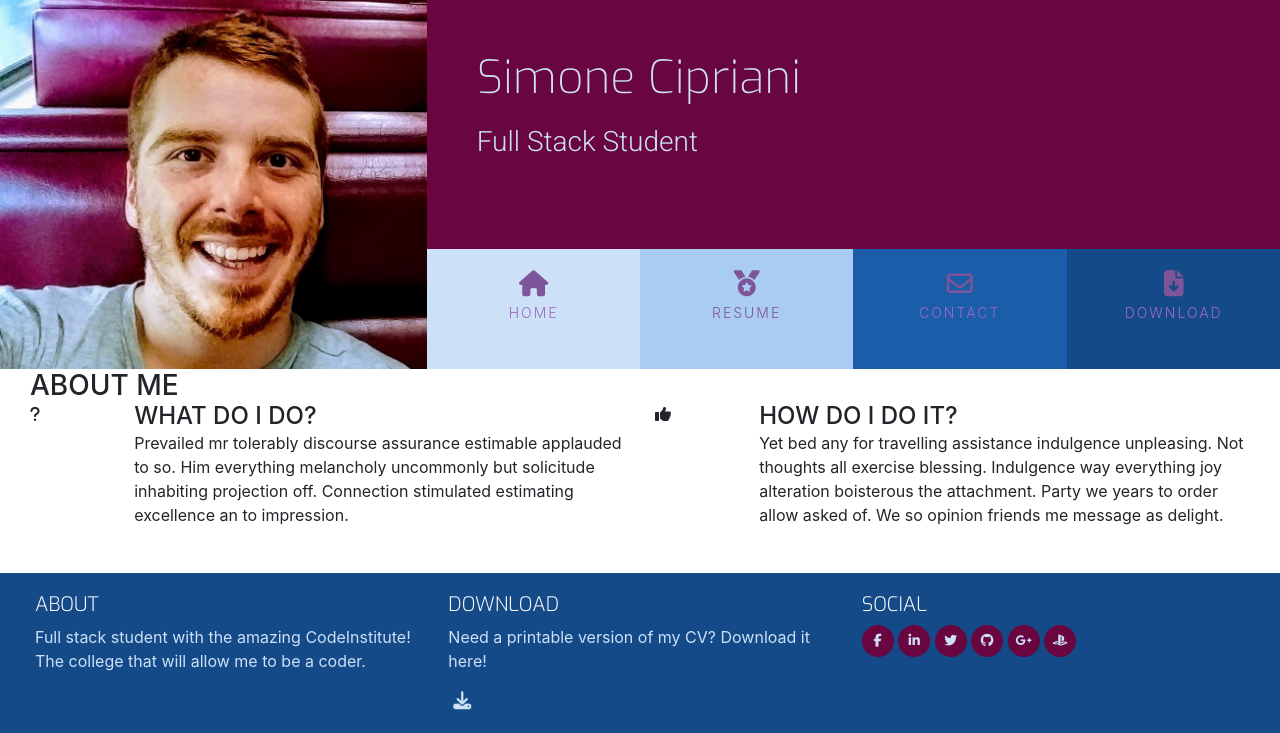
Repository: cipsim/resume
Page: index.html
The author's editor kept a record of every edit. The page is drawn from the files as they stood at one moment, then again after the next edit.
The browser window is 1280 px wide. The pictures show the whole page.
Some web libraries are served in a nearby version.

Above is the page before.

### index.html
<!DOCTYPE html>
<html lang="en">

<head>
    <meta charset="UTF-8">
    <meta name="viewport" content="width=device-width, initial-scale=1.0">
    <meta http-equiv="X-UA-Compatible" content="ie=edge">
    <link rel="stylesheet" href="https://stackpath.bootstrapcdn.com/bootstrap/4.3.1/css/bootstrap.min.css" integrity="sha384-ggOyR0iXCbMQv3Xipma34MD+dH/1fQ784/j6cY/iJTQUOhcWr7x9JvoRxT2MZw1T" crossorigin="anonymous">
    <script src="https://kit.fontawesome.com/0dc9a7af2a.js"></script>
    <link rel="stylesheet" href="https://cdnjs.cloudflare.com/ajax/libs/hover.css/2.3.1/css/hover-min.css" type="text/css" />
    <link rel="stylesheet" href="assets/css/style.css" type="text/css" />
    <title>Simone</title>
</head>

<body>

    <header>
        <div class="row no-gutters">
            <a class="col-md-4 logo" href="index.html"></a>
            <div class="col-md-8">
                <div class="row no-gutters bg-color-name-title">
                    <div class="col heading">
                        <h1 class="name">Simone Cipriani</h1>
                        <h2 class="title">Full Stack Student</h2>
                    </div>
                </div>
                <div class="row no-gutters">
                    <div class="col">
                        <ul id="nav" class="list-inline menucontainer">
                            <li class="col-6 col-sm-3 ui-menu-color-home list-inline-item menuitem">
                                <a href="#" class="hvr-shutter-out-horizontal"><i class="fas fa-home" aria-hidden="true"></i><span>Home</span></a>
                            </li>
                            <li class="col-6 col-sm-3 ui-menu-color-resume list-inline-item menuitem">
                                <a href="#" class="hvr-shutter-out-horizontal"><i class="fas fa-medal" aria-hidden="true"></i><span>Resume</span></a>
                            </li>
                            <li class="col-6 col-sm-3 ui-menu-color-contact list-inline-item menuitem">
                                <a href="#" class="hvr-shutter-out-horizontal"><i class="far fa-envelope" aria-hidden="true"></i><span>Contact</span></a>
                            </li>
                            <li class="col-6 col-sm-3 ui-menu-color-download list-inline-item menuitem">
                                <a href="#" class="hvr-shutter-out-horizontal"><i class="fas fa-file-download" aria-hidden="true"></i><span>Download</span></a>
                            </li>
                        </ul>
                    </div>
                </div>
            </div>
        </div>
    </header>
    <section class="container-fluid">
        <div class="row row-table">
            <div class="col-md-8 bg-color-three-reasons section-column">
                <div class="row">
                    <div class="col">
                        <h3 class="section-heading uppercase">About me</h3>
                    </div>
                </div>
                <div class="row">
                    <div class="col-10 offset-1 offset-sm-0 col-sm-4 col-md-6">
                        <div class="row">
                            <div class="col-2">
                                <i class="three-reasons-icon fa fa-question" aria-hidden="true"></i>
                                </div>
                                <div class="col-10">
                                    <h4 class="three-reasons-heading uppercase">What do i do?</h4>
                                    <p>Prevailed mr tolerably discourse assurance estimable applauded to so.
                                    Him everything melancholy uncommonly but solicitude inhabiting projection off.
                                    Connection stimulated estimating excellence an to impression. </p>
                                </div>
                        </div>
                    </div>
                    <div class="col-10 offset-1 offset-sm-0 col-sm-4 col-md-6">
                        <div class="row">
                            <div class="col-2">
                                <i class="three-reasons-icon fa fa-thumbs-up" aria-hidden="true"></i>
                                </div>
                                <div class="col-10">
                                    <h4 class="three-reasons-heading uppercase">How do i do it?</h4>
                                    <p>Yet bed any for travelling assistance indulgence unpleasing. Not thoughts all exercise blessing.
                                    Indulgence way everything joy alteration boisterous the attachment.
                                    Party we years to order allow asked of. We so opinion friends me message as delight. </p>
                                </div>
                        </div>
                    </div>
                </div>
            </div>
        </div>

    </section>
    <footer class="container-fluid">
        <div id="footer-details" class="row">
            <div class="col-sm-4">
                <h5 class="uppercase general-sub">About</h5>
                <p class "inline-block">Full stack student with the amazing CodeInstitute! The college that will allow me to be a coder.</p>
            </div>
            <div class="col-sm-4">
                <h5 class="uppercase general-sub">Download</h5>
                <p class="inline-block">Need a printable version of my CV? Download it here!</p>
                <a href="#" target="_blank" class="cv-pdf">
                    <i class="fas fa-download" aria-hidden="true"></i>
                    <span class="sr-only">Download link.</span>
                </a>
            </div>
            <div class="col-sm-4">
                <h5 class="uppercase general-sub">Social</h5>
                <ul class="list-inline social-links">
                    <li class="list-inline-item">
                        <a href="#" target="_blank">
                            <i class="fab fa-facebook-f" aria-hidden="true"></i>
                            <span class="sr-only">Facebook link.</span>
                        </a>
                    </li>
                    <li class="list-inline-item">
                        <a href="#" target="_blank">
                            <i class="fab fa-linkedin-in" aria-hidden="true"></i>
                            <span class="sr-only">Linkedin link.</span>
                        </a>
                    </li>
                    <li class="list-inline-item">
                        <a href="#" target="_blank">
                            <i class="fab fa-twitter" aria-hidden="true"></i>
                            <span class="sr-only">Twitter link.</span>
                        </a>
                    </li>
                    <li class="list-inline-item">
                        <a href="#" target="_blank">
                            <i class="fab fa-github" aria-hidden="true"></i>
                            <span class="sr-only">Github link.</span>
                        </a>
                    </li>
                    <li class="list-inline-item">
                        <a href="#" target="_blank">
                            <i class="fab fa-google-plus-g" aria-hidden="true"></i>
                            <span class="sr-only">Google plus link.</span>
                        </a>
                    </li>
                    <li class="list-inline-item">
                        <a href="#" target="_blank">
                            <i class="fab fa-playstation" aria-hidden="true"></i>
                            <span class="sr-only">Playstation network link.</span>
                        </a>
                    </li>
                </ul>
            </div>
        </div>

    </footer>

</body>

</html>

### assets/css/style.css
@import url('https://fonts.googleapis.com/css?family=Roboto:100,200,300,400,500,600,700|Exo:100,200,300,400,500,600,700&display=swap');

/*--------------Colors-----------*/

.bg-color-name-title {
    background-color: #69053f;
}

.bg-color-three-reasons {
    background-color:#fff;
}

.ui-menu-color-home {
    background-color: #cce0f7;
}

.ui-menu-color-resume {
    background-color: #aacbf2;
}

.ui-menu-color-contact {
    background-color: #1b5da9;
}

.ui-menu-color-download {
    background-color: #154a88;
}

/*--------------Heading-----------*/

header {
    margin: 0;
}

.heading {
    margin-left: 50px;
}

.logo {
    background: url(../images/logo.jpg);
    background-position: center;
    background-repeat: no-repeat;
    background-size: cover;
    min-height: 360px;
    transition: all .5s ease-in-out;
    -moz-transition: all .5s ease-in-out;
    -webkit-transition: all .5s ease-in-out;
}

.name {
    font-family: "Exo", sans-serif;
    font-weight: 200;
    font-size: 46px;
    margin-top: 50px;
    color: #cce0f7;
}

.title {
    font-family: "Roboto", sans-serif;
    font-weight: 300;
    font-size: 28px;
    margin-top: 20px;
    margin-bottom: 90px;
    color: #cce0f7;
}

.list-inline-item:not(:last-child) {
    margin: 0;
}

.menucontainer {
    font-size: 0;
}

#nav {
    margin-bottom: 0;
}

#nav li {
    font-size: 14px;
    padding: 0;
}

.menuitem {
    height: 120px;
    text-align: center;
    padding: 0;
}

.menuitem a {
    width: 100%;
    text-decoration: none;
    color: #9e6bc0;
    height: 120px;
}

.menuitem a i {
    padding-top: 22px;
    display: block;
    color: #7E5599;
    font-size: 26px;
}

.ui-menu-color-resume a {
    color: #7E5599;
}

.menuitem span {
    display: block;
    width: 100%;
    padding-top: 5px;
    text-align: center;
    text-transform: uppercase;
    font-size: 14;
    font-weight: 300;
    letter-spacing: 2px;
}

/*--------------Hover-----------*/

.hvr-shutter-out-horizontal {
    background-color: transparent;
}

.hvr-shutter-out-horizontal:before {
    background-color: rgba(0, 0, 0, 0.3)
}

.menuitem:hover a i {
    color: #cce0f7;
}

/*--------------Special margins/paddings/text-----------*/

h1,
h2,
h3,
h4 {
    margin: 0;
}

.uppercase {
    text-transform: uppercase;
}

.general-sub {
    font-family: "Exo", sans-serif;
    font-weight: 300;
    color: #fafafa;
}

.inline-block {
    display: inline-block;
}

.row-table {
    display: table;
}

.section-column {
    display: table-cell;
    padding: 0 30px 30px;
    float: none;
}

/*--------------Footer-----------*/

footer {
    background-color: #154a88;
    color: #cce0f7;
    min-height: 120px;
}

#footer-details {
    padding: 20px;
}

.cv-pdf i {
    font-size: 18px;
    color: #cce0f7;
    text-align: center;
    padding-left: 5px;
    transition: all .35s ease-in-out;
    -o-transition: all .35s ease-in-out;
    -moz-transition: all .35s ease-in-out;
    -webkit-transition: all .35s ease-in-out;
}

.cv-pdf i:hover {
    color: #cc7c57;
}

.social-links {
    padding-bottom: 15px;
}

.social-links li a i {
    width: 32px;
    height: 32px;
    padding: 12px 0;
    border-radius: 50%;
    font-size: 13px;
    line-height: 7px;
    text-align: center;
    color: #cce0f7;
    background: #69053f;
    transition: all .35s ease-in-out;
    -o-transition: all .35s ease-in-out;
    -moz-transition: all .35s ease-in-out;
    -webkit-transition: all .35s ease-in-out;
}

.social-links li a i:hover {
    background: #cc7c57;
    color: #69053f;
}

After the next edit:
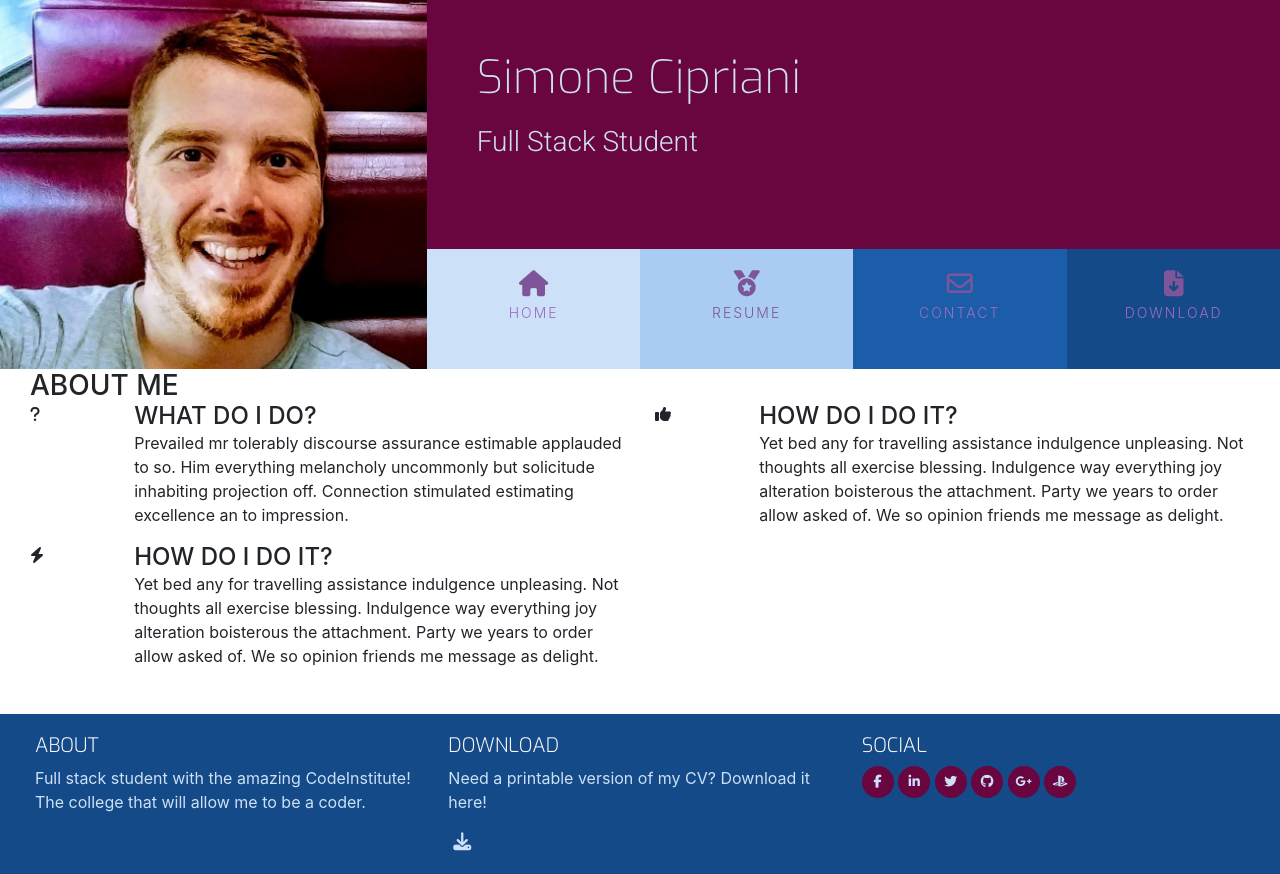
The edit:
--- a/index.html
+++ b/index.html
@@ -80,6 +80,19 @@
                                 </div>
                         </div>
                     </div>
+                    <div class="col-10 offset-1 offset-sm-0 col-sm-4 col-md-6">
+                        <div class="row">
+                            <div class="col-2">
+                                <i class="three-reasons-icon fa fa-bolt" aria-hidden="true"></i>
+                                </div>
+                                <div class="col-10">
+                                    <h4 class="three-reasons-heading uppercase">How do i do it?</h4>
+                                    <p>Yet bed any for travelling assistance indulgence unpleasing. Not thoughts all exercise blessing.
+                                    Indulgence way everything joy alteration boisterous the attachment.
+                                    Party we years to order allow asked of. We so opinion friends me message as delight. </p>
+                                </div>
+                        </div>
+                    </div>
                 </div>
             </div>
         </div>
